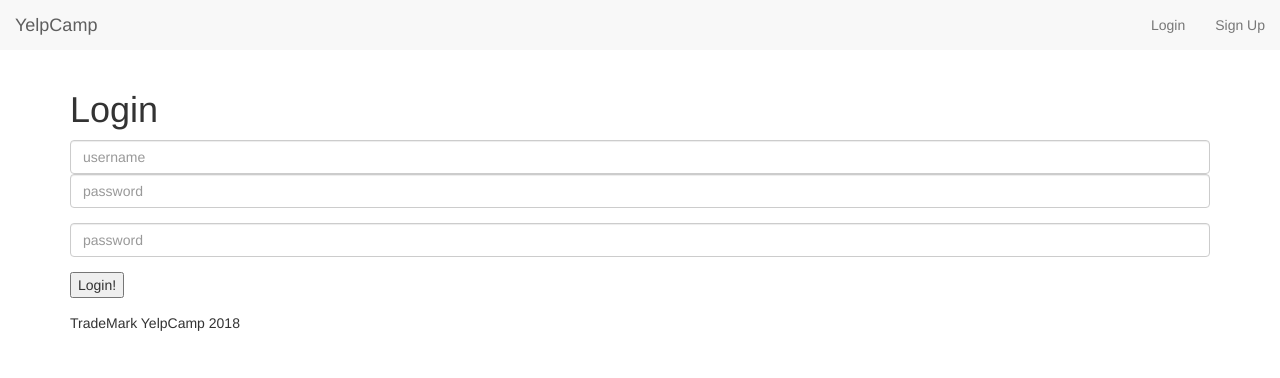
Repository: Kushagrakmr/c9backup
Page: http://localhost/login
The author's editor kept a record of every edit. The page is drawn from the files as they stood at one moment, then again after the next edit.
The browser window is 1280 px wide. The pictures show the whole page.
The page is served by the project's Node server (YelpCamp/v12/app.js).

Above is the page before.

After the next edit:
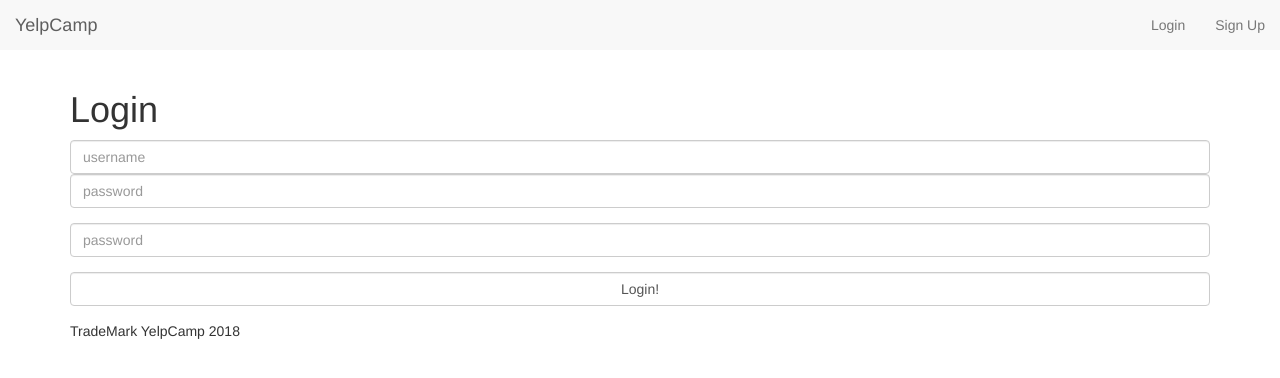
The edit:
--- a/YelpCamp/v12/views/login.ejs
+++ b/YelpCamp/v12/views/login.ejs
@@ -12,7 +12,7 @@
             <input class = "form-control" type = "password" name = "password" placeholder = "password">
         </div>
         <div class = "form-group">
-            <input type= "submit" value = "Login!">
+            <input  class = "form-control" type= "submit" value = "Login!">
         </div>
     </form>
 </div>
